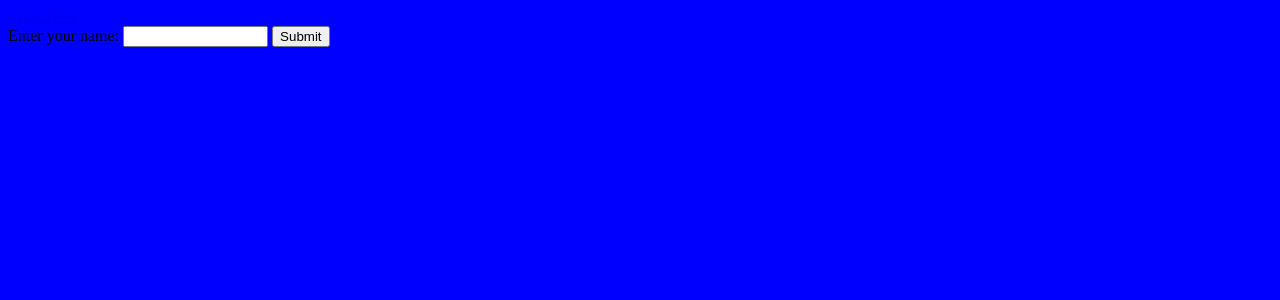
Repository: spgajjal/Day10
Page: HelloWorld/WebContent/home.html
The author's editor kept a copy of each file at every save. The page is drawn from the files as they stood at one save, then again after the next save.
The browser window is 1280 px wide. The pictures show the whole page.

Above is the page before, as saved 2018-09-05 09:28:00.

After the next save:
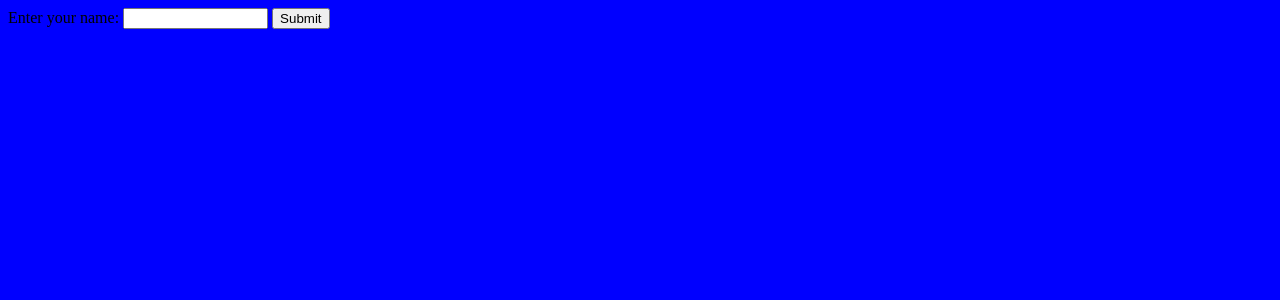
Saved 91 s later.
--- a/HelloWorld/WebContent/home.html
+++ b/HelloWorld/WebContent/home.html
@@ -5,8 +5,8 @@
 <title>Home Page</title>
 </head>
 <body bgcolor="blue">
-<a href="Hello">Click Here</a>
-<form>
+<!--  <a href="Hello">Click Here</a> -->
+<form action="greet">
 <label>Enter your name:</label>
 <input type="Text" name="username" size="15"/>
 <input type="submit"/>
